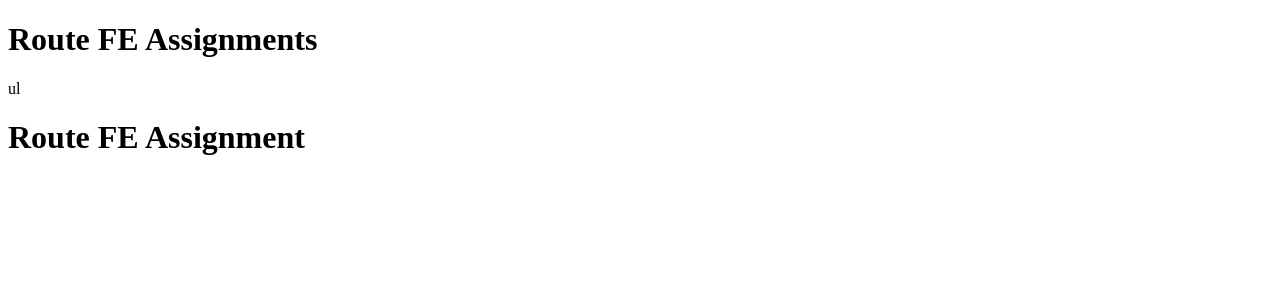
Repository: Basem-Serag/FE-Assignments
Page: index.html
The author's editor kept a copy of each file at every save. The page is drawn from the files as they stood at one save, then again after the next save.
The browser window is 1280 px wide. The pictures show the whole page.

Above is the page before, as saved 2025-03-20 19:06:14.

After the next save:
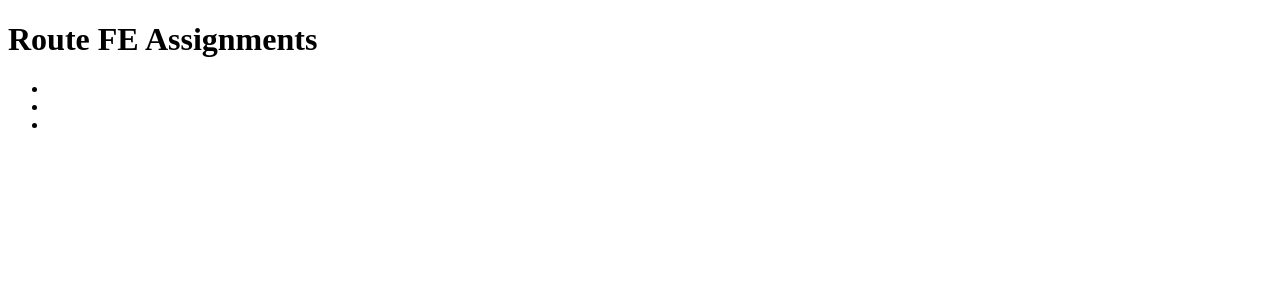
Saved 6 s later.
--- a/index.html
+++ b/index.html
@@ -7,17 +7,10 @@
   </head>
   <body>
     <h1>Route FE Assignments</h1>
-    ul
+    <ul>
+      <li><a href=""></a></li>
+      <li></li>
+      <li></li>
+    </ul>
   </body>
 </html>
-<!DOCTYPE html>
-<html lang="en">
-  <head>
-    <meta charset="UTF-8" />
-    <meta name="viewport" content="width=device-width, initial-scale=1.0" />
-    <title>My Assignments</title>
-  </head>
-  <body>
-    <h1>Route FE Assignment</h1>
-  </body>
-</html>
